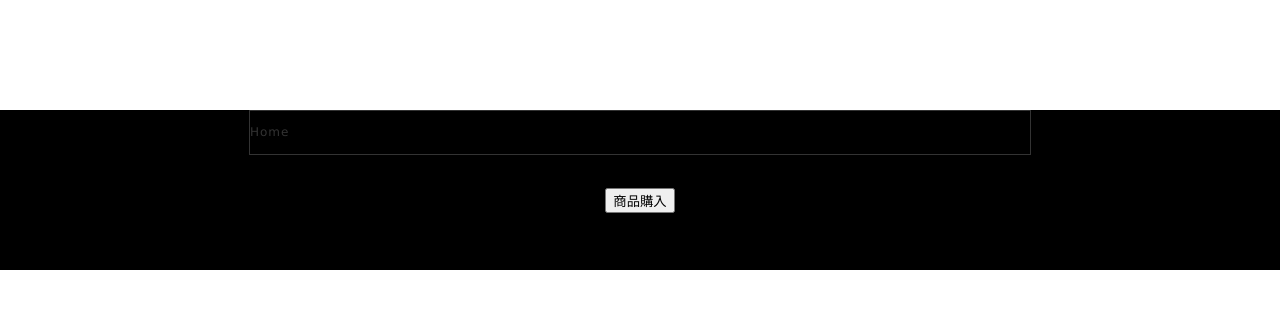
Repository: cha-git/test
Page: http://localhost/template/
These files come from the project's save history. The page is drawn as it stood at one moment and after the next save; the edit follows.
The browser window is 1280 px wide. The pictures show the whole page.
The page is served by Tomcat 9.

Above is the page before, as saved 2018-12-20 08:41:48.

After the next save:
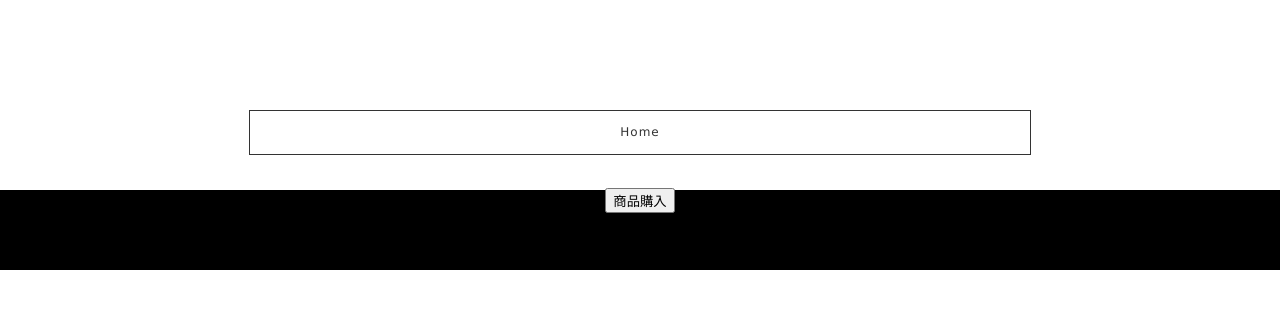
Saved 18 s later.
--- a/template/WebContent/home.jsp
+++ b/template/WebContent/home.jsp
@@ -44,8 +44,7 @@
 	#main {
 		width:100%;
 		height:80px;
-		background-color:black;
-		clear:both;
+		text-align:center;
 	}
 
 	#footer {
